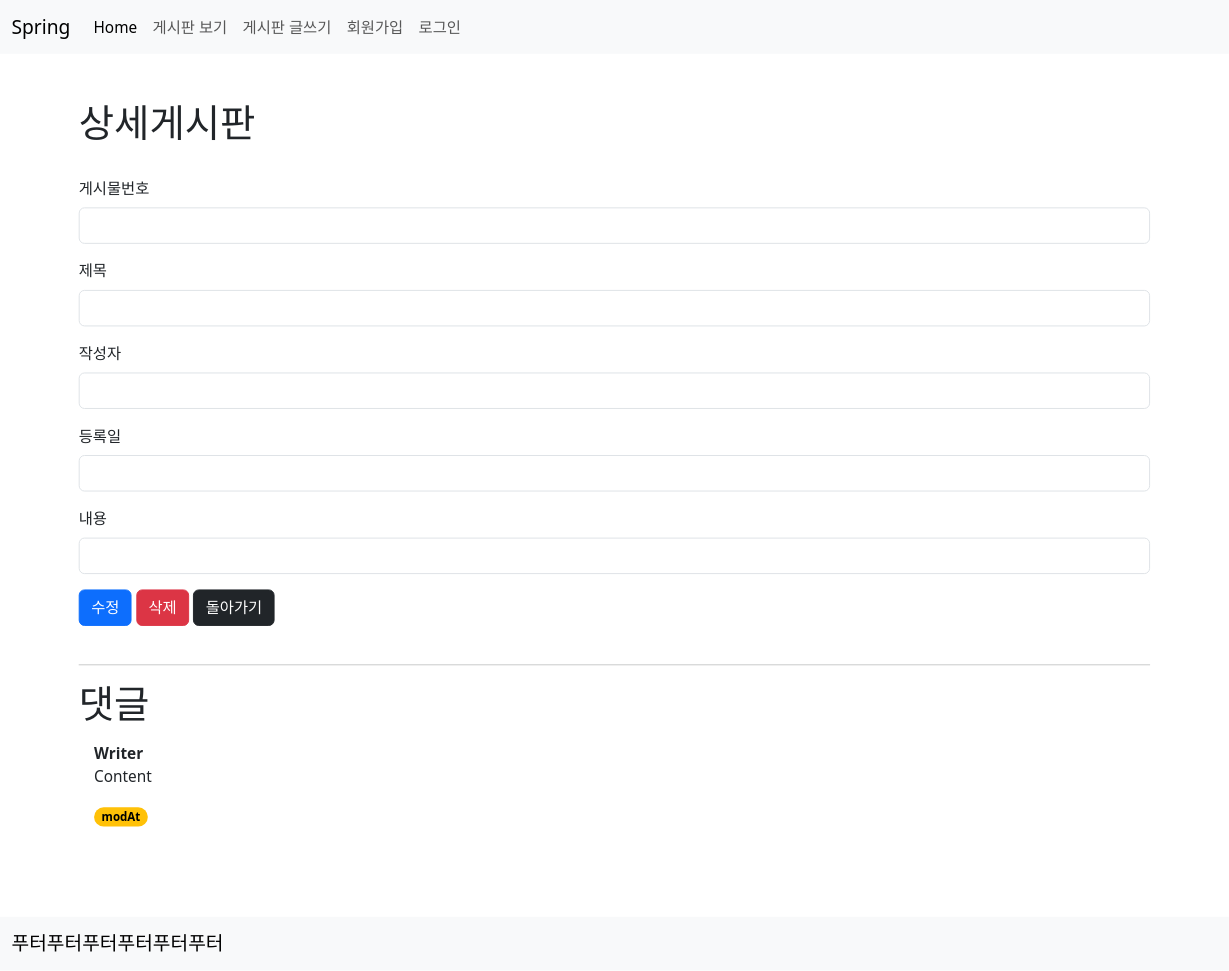
Repository: Jensuchan/spring_solo_project
Page: http://localhost/spring_test/WEB-INF/views/board/detail.jsp
These files come from the project's save history. The page is drawn as it stood at one moment and after the next save; the edit follows.
The browser window is 1280 px wide. The pictures show the whole page, at 96% of full size.
The page is served by Tomcat 9. Nobody is signed in. Other server files are loaded and not shown. The template is opened directly, without the code that normally fills it, so the values that code supplies are empty.

Above is the page before, as saved 2024-01-17 02:55:09.

### spring_test/src/main/webapp/WEB-INF/views/board/detail.jsp
<%@ page language="java" contentType="text/html; charset=UTF-8"
	pageEncoding="UTF-8"%>
<%@ taglib uri="http://java.sun.com/jsp/jstl/core" prefix="c"%>
<jsp:include page="../layout/header.jsp"></jsp:include>




<div class="container">
	<h1>상세게시판</h1><br>
	<div class="mb-3">
		<label for="bno" class="form-label">게시물번호</label>
		<input type="text" name="bno" class="form-control" id="bno" value="${bvo.bno }" readonly="readonly">
	</div>
	<div class="mb-3">
		<label for="title" class="form-label">제목</label>
		<input type="text" name="title" class="form-control" id="title" value="${bvo.title }" readonly="readonly">
	</div>
	<div class="mb-3">
		<label for="writer" class="form-label">작성자</label>
		<input type="text" name="writer" class="form-control" id="writer" value="${bvo.writer }" readonly="readonly">
	</div>
	<div class="mb-3">
		<label for="regAt" class="form-label">등록일</label>
		<input type="text" name="regAt" class="form-control" id="regAt" value="${bvo.regAt }" readonly="readonly">
	</div>
	<div class="mb-3">
		<label for="content" class="form-label">내용</label>
		<input type="text" name="content" class="form-control" id="content" value="${bvo.content }" readonly="readonly">
	</div>

	<a href="/board/modify?bno=${bvo.bno }"><button type="button" class="btn btn-primary">수정</button></a>
	<a id="delA"><button type="button" class="btn btn-danger del">삭제</button></a>
	<a href="/board/list"><button type="button" class="btn btn-dark">돌아가기</button></a>
	<br><br>

	<hr>

	<h1>댓글</h1>
	<ul class="list-group list-group-flush" id="cmtListArea">
	  <li class="list-group-item">
	  	<div class="mb-3">
	  		<div class="fw-bold">Writer</div>
	  		Content
	  	</div>
	  	<span class="badge rounded-pill text-bg-warning">modAt</span>
	  </li>
	</ul>
		<!-- 댓글 더보기 버튼 -->
	<div>
		<button type="button" id="moreBtn" data-page="1" class="btn btn-outline-dark" style="visibility:hidden">More+</button>
	</div>

</div>

<script type="text/javascript">
	const bno = `<c:out value="${bvo.bno}" />`;
	document.addEventListener('click', (e) =>{
		if(e.target.classList.contains('del')){
			if(confirm('삭제하시겠습니까?')){
				document.getElementById('delA').setAttribute('href', '/board/remove?bno='+bno);
			}
		}
	});
</script>



<jsp:include page="../layout/footer.jsp"></jsp:include>

### spring_test/src/main/webapp/WEB-INF/views/layout/header.jsp
<%@ taglib uri="http://java.sun.com/jsp/jstl/core" prefix="c"%>
<%@ page language="java" contentType="text/html; charset=UTF-8"
	pageEncoding="UTF-8"%>
<%@ taglib uri="http://www.springframework.org/security/tags"
	prefix="sec"%>
<!DOCTYPE html>
<html>
<head>
<meta charset="UTF-8">
<title>Insert title here</title>
<link
	href="https://cdn.jsdelivr.net/npm/bootstrap@5.3.1/dist/css/bootstrap.min.css"
	rel="stylesheet"
	integrity="sha384-4bw+/aepP/YC94hEpVNVgiZdgIC5+VKNBQNGCHeKRQN+PtmoHDEXuppvnDJzQIu9"
	crossorigin="anonymous">
<script
	src="https://cdn.jsdelivr.net/npm/bootstrap@5.3.1/dist/js/bootstrap.bundle.min.js"
	integrity="sha384-HwwvtgBNo3bZJJLYd8oVXjrBZt8cqVSpeBNS5n7C8IVInixGAoxmnlMuBnhbgrkm"
	crossorigin="anonymous"></script>
</head>
<style>
	.container-fluid{
		display: flex;
		justify-content: space-evenly;
		align-items: center;
	}
</style>

<body>

	<nav class="navbar navbar-expand-lg bg-body-tertiary">
		<div class="container-fluid">
			<a class="navbar-brand" href="/">Spring</a>
			<button class="navbar-toggler" type="button"
				data-bs-toggle="collapse" data-bs-target="#navbarSupportedContent"
				aria-controls="navbarSupportedContent" aria-expanded="false"
				aria-label="Toggle navigation">
				<span class="navbar-toggler-icon"></span>
			</button>
			<div class="collapse navbar-collapse" id="navbarSupportedContent">
				<ul class="navbar-nav me-auto mb-2 mb-lg-0">
					<li class="nav-item"><a class="nav-link active"
						aria-current="page" href="/">Home</a></li>
					<li class="nav-item"><a class="nav-link" href="/board/list">게시판 보기</a></li>

					<!-- 현재 인증한 사용자의 정보를 가져와서 해당 권한이 있는지 확인 -->
					<!-- 현재 사용자의 정보는 principal  -->
					<!-- anyMatch() : stream 매칭 메서드(최소한 1개의 요소가 주어진 조건에 맞는지 조사) -->

					<li class="nav-item"><a class="nav-link" href="/board/register">게시판 글쓰기</a>
					</li>
					<li class="nav-item"><a class="nav-link"
						href="/member/register">회원가입</a></li>
					<li class="nav-item"><a class="nav-link" href="#">로그인</a>
					</li>
				</ul>
			</div>
		</div>
	</nav>

	<br><br>

### spring_test/src/main/webapp/WEB-INF/views/layout/footer.jsp
<%@ page language="java" contentType="text/html; charset=UTF-8"
    pageEncoding="UTF-8"%>
<br><br>
<nav class="navbar navbar-expand-lg bg-body-tertiary">
		<div class="container-fluid">
			<a class="navbar-brand" href="/">푸터푸터푸터푸터푸터푸터</a>

			<div class="collapse navbar-collapse" id="navbarSupportedContent">
			</div>
		</div>
	</nav>
</body>
</html>

After the next save:
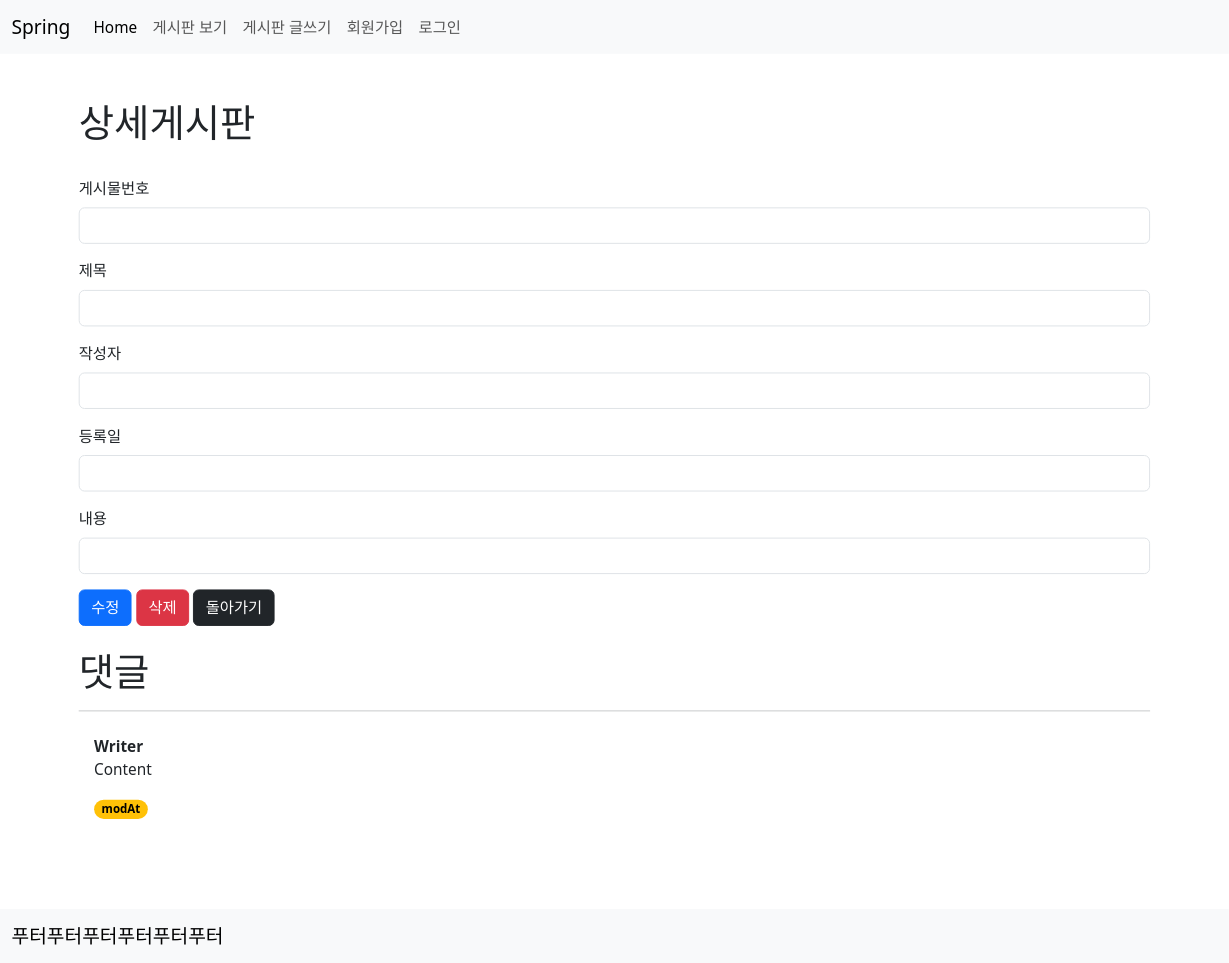
Saved 14 s later.
--- a/spring_test/src/main/webapp/WEB-INF/views/board/detail.jsp
+++ b/spring_test/src/main/webapp/WEB-INF/views/board/detail.jsp
@@ -34,9 +34,9 @@
 	<a href="/board/list"><button type="button" class="btn btn-dark">돌아가기</button></a>
 	<br><br>
 
-	<hr>
 
 	<h1>댓글</h1>
+	<hr>
 	<ul class="list-group list-group-flush" id="cmtListArea">
 	  <li class="list-group-item">
 	  	<div class="mb-3">
